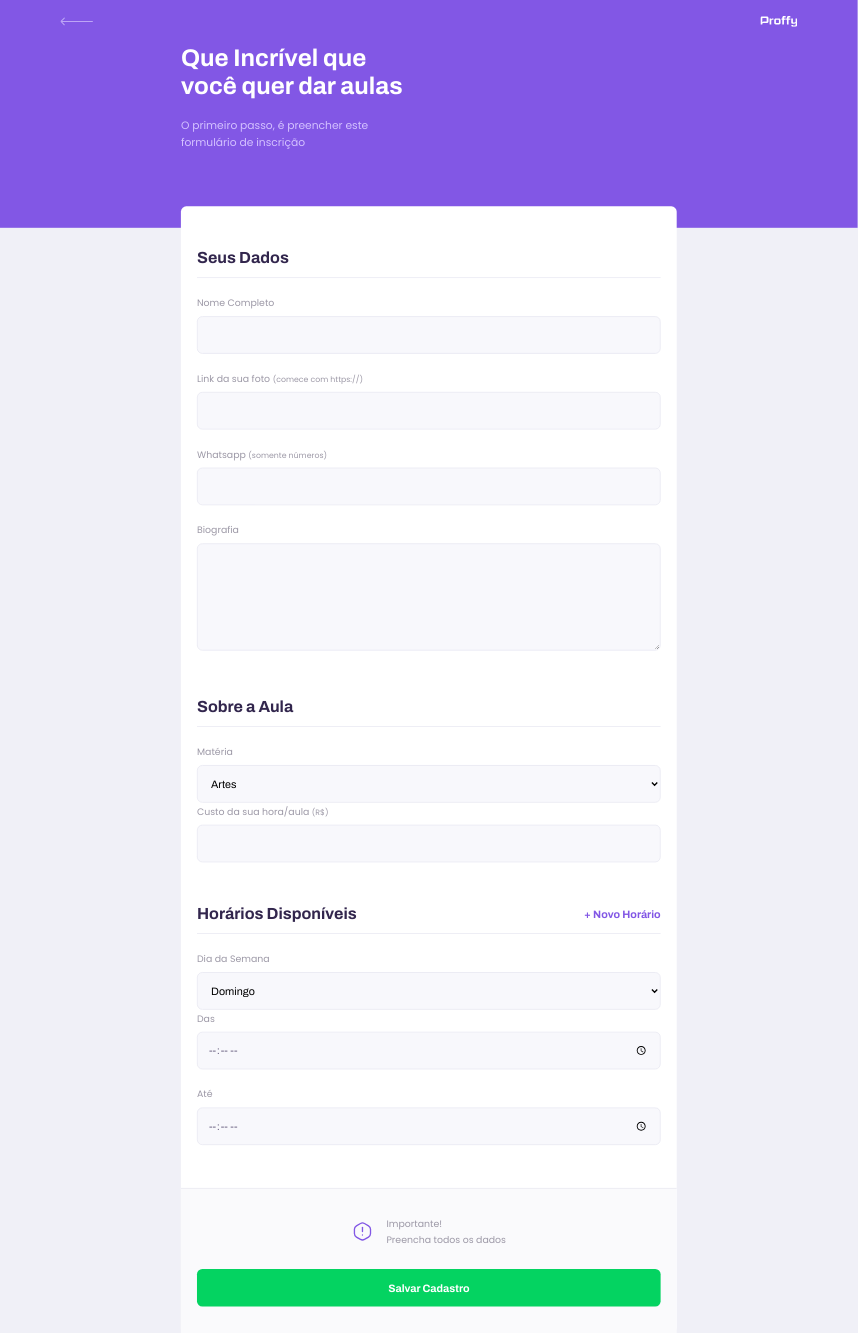
Repository: LukeVersus/NLW
Page: give-classes.html
An editor plug-in stored every save of this project. The page is shown before and after the next save, followed by the edit.
The browser window is 1280 px wide. The pictures show the whole page, at 67% of full size.

Above is the page before, as saved 2020-08-06 00:24:36.

After the next save:
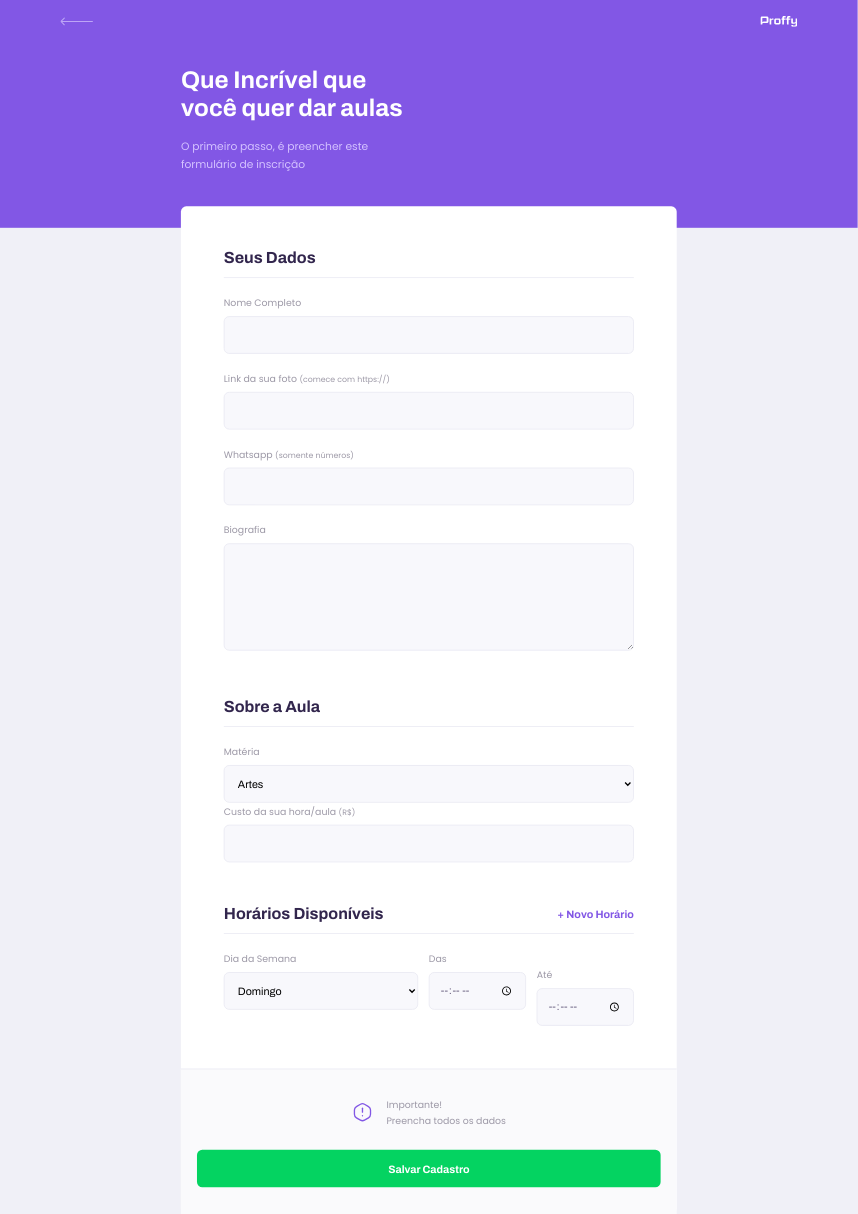
Saved 85 s later.
--- a/styles/partials/page-give-classes.css
+++ b/styles/partials/page-give-classes.css
@@ -107,4 +107,23 @@
     #page-give-classes #container{
         max-width: 100vw;
     }
+
+    #page-give-classes .page-header .header-content{
+        margin-bottom: 0;
+    }
+
+    #page-give-classes main fieldset{
+        padding: 0 64px;
+    }
+
+    .schedule-item{
+        display: grid;
+        grid-template-columns: 2fr 1fr 1fr;
+        column-gap: 1.6rem;
+    }
+
+    #page-give-classes #schedule-items .select-block+.item-block,
+    #page-give-classes #schedule-items .select-block+.input-block{
+        margin-top: 0;
+    }
 }
